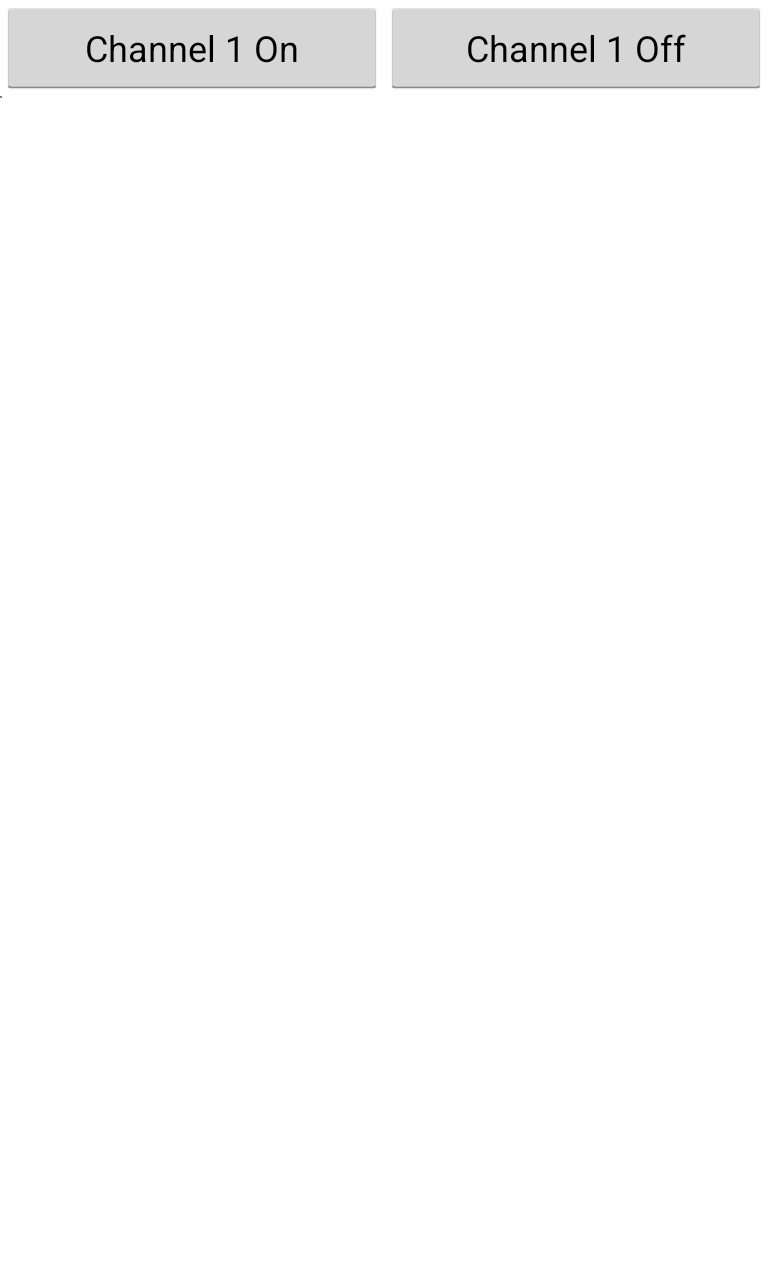
Repository: AungWinnHtut/projAndroid
Layout: GPIO/res/layout/activity_main.xml
An editor plug-in stored every save of this project. The layout is shown before and after the next save, followed by the edit.
It is drawn on a 768 x 1280 px phone screen (xhdpi) without system bars, with theme AppTheme; the app's code is not run.

Above is the layout before, as saved 2015-08-22 05:10:30.

### GPIO/res/layout/activity_main.xml
<LinearLayout xmlns:android="http://schemas.android.com/apk/res/android"
    xmlns:tools="http://schemas.android.com/tools"
    android:layout_width="match_parent"
    android:layout_height="match_parent"
    android:orientation="vertical" >

    <LinearLayout
        android:layout_width="match_parent"
        android:layout_height="wrap_content"
        android:orientation="horizontal" >

        <Button
            android:id="@+id/button1"
            android:layout_width="0dp"
            android:layout_weight="1"
            android:layout_height="wrap_content"
            android:onClick="funOn"
            android:text="Channel 1 On" />

        <Button
            android:id="@+id/button2"
            android:layout_width="0dp"
            android:layout_weight="1"
            android:layout_height="wrap_content"
            android:onClick="funOff"
            android:text="Channel 1 Off" />
    </LinearLayout>

    <WebView
        android:id="@+id/web1"
        android:layout_width="1dp"
        android:layout_height="1dp"
        android:layout_toRightOf="@+id/button1" />

</LinearLayout>

Loaded but not shown: GPIO/res/values-v11/styles.xml (common file); GPIO/res/values-v14/styles.xml (common file); GPIO/res/values/styles.xml (common file)

After the next save:
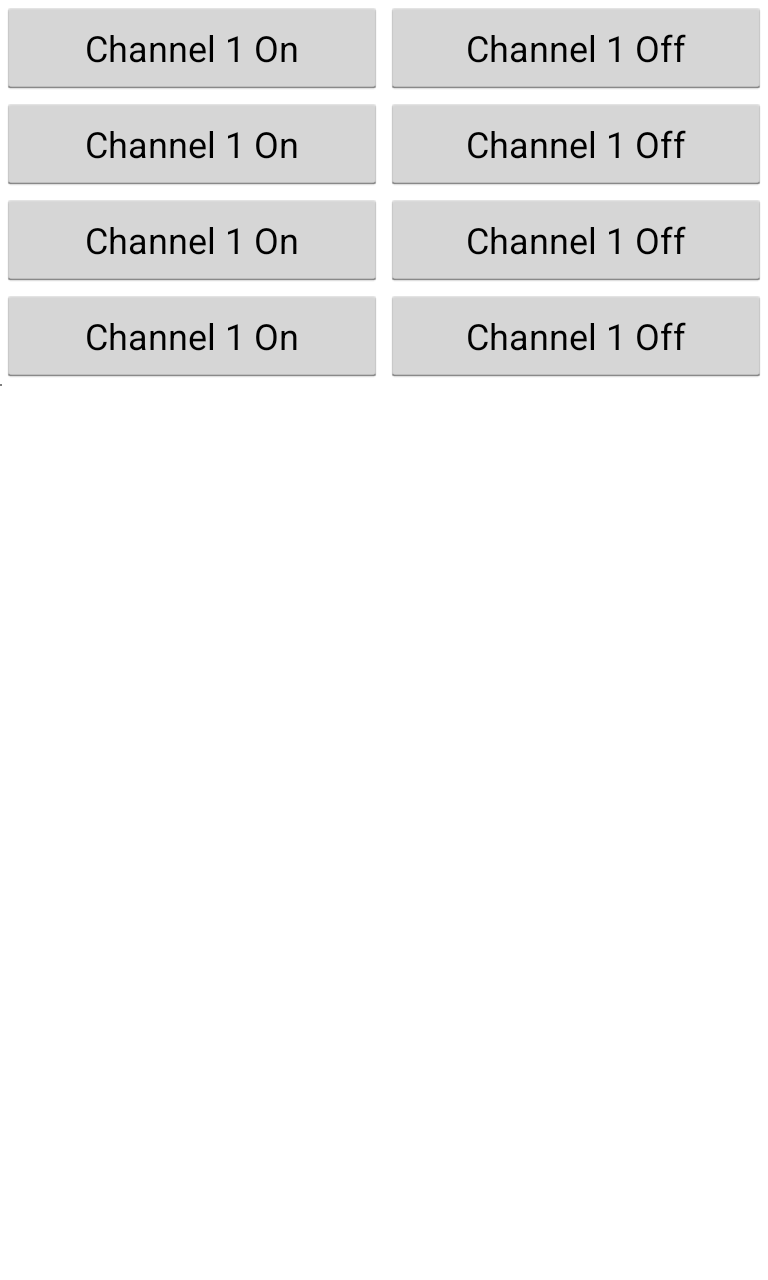
Saved 32 s later.
--- a/GPIO/res/layout/activity_main.xml
+++ b/GPIO/res/layout/activity_main.xml
@@ -25,7 +25,69 @@
             android:onClick="funOff"
             android:text="Channel 1 Off" />
     </LinearLayout>
+	 <LinearLayout
+        android:layout_width="match_parent"
+        android:layout_height="wrap_content"
+        android:orientation="horizontal" >
 
+        <Button
+            android:id="@+id/button1"
+            android:layout_width="0dp"
+            android:layout_weight="1"
+            android:layout_height="wrap_content"
+            android:onClick="funOn"
+            android:text="Channel 1 On" />
+
+        <Button
+            android:id="@+id/button2"
+            android:layout_width="0dp"
+            android:layout_weight="1"
+            android:layout_height="wrap_content"
+            android:onClick="funOff"
+            android:text="Channel 1 Off" />
+    </LinearLayout>
+     <LinearLayout
+        android:layout_width="match_parent"
+        android:layout_height="wrap_content"
+        android:orientation="horizontal" >
+
+        <Button
+            android:id="@+id/button1"
+            android:layout_width="0dp"
+            android:layout_weight="1"
+            android:layout_height="wrap_content"
+            android:onClick="funOn"
+            android:text="Channel 1 On" />
+
+        <Button
+            android:id="@+id/button2"
+            android:layout_width="0dp"
+            android:layout_weight="1"
+            android:layout_height="wrap_content"
+            android:onClick="funOff"
+            android:text="Channel 1 Off" />
+    </LinearLayout>
+     <LinearLayout
+        android:layout_width="match_parent"
+        android:layout_height="wrap_content"
+        android:orientation="horizontal" >
+
+        <Button
+            android:id="@+id/button1"
+            android:layout_width="0dp"
+            android:layout_weight="1"
+            android:layout_height="wrap_content"
+            android:onClick="funOn"
+            android:text="Channel 1 On" />
+
+        <Button
+            android:id="@+id/button2"
+            android:layout_width="0dp"
+            android:layout_weight="1"
+            android:layout_height="wrap_content"
+            android:onClick="funOff"
+            android:text="Channel 1 Off" />
+    </LinearLayout>
     <WebView
         android:id="@+id/web1"
         android:layout_width="1dp"
